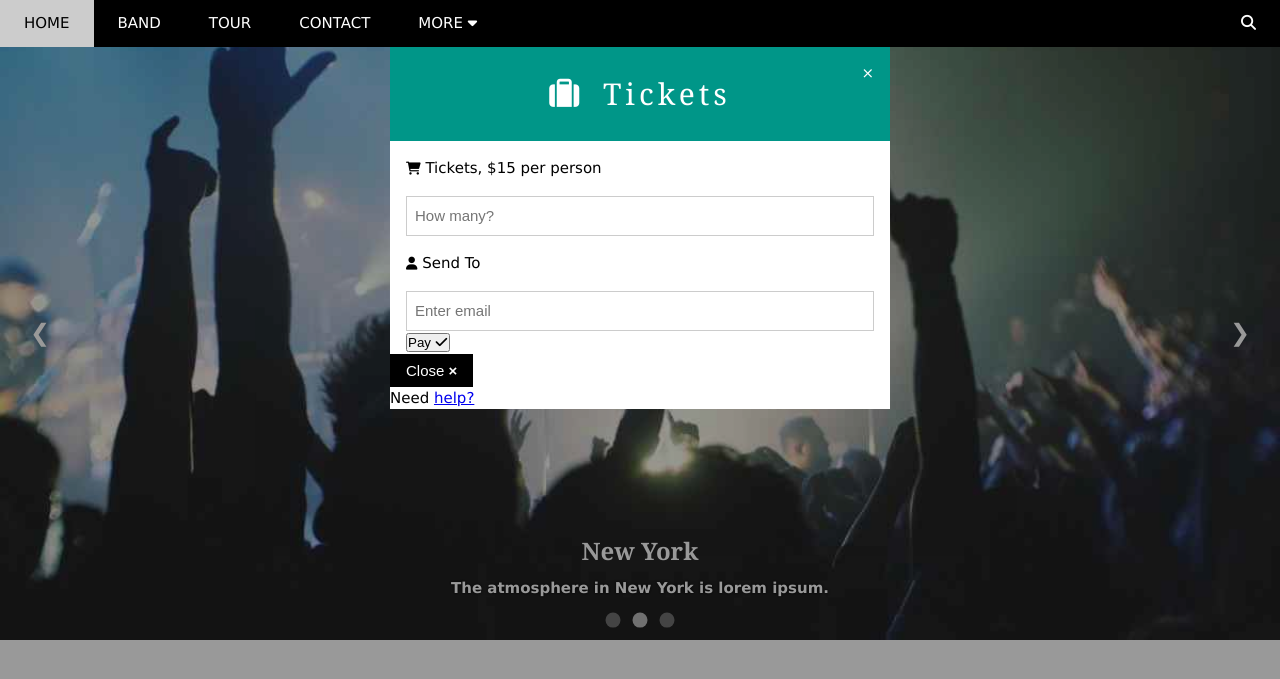
Repository: tam1512/The-Band
Page: index.html
These files come from the project's save history. The page is drawn as it stood at one moment and after the next save; the edit follows.
The browser window is 1280 px wide. The pictures show the window.
A layer covers the whole window, so only the first screen is drawn. Some web libraries are served in a nearby version.

Above is the page before, as saved 2022-07-24 10:29:44.

After the next save:
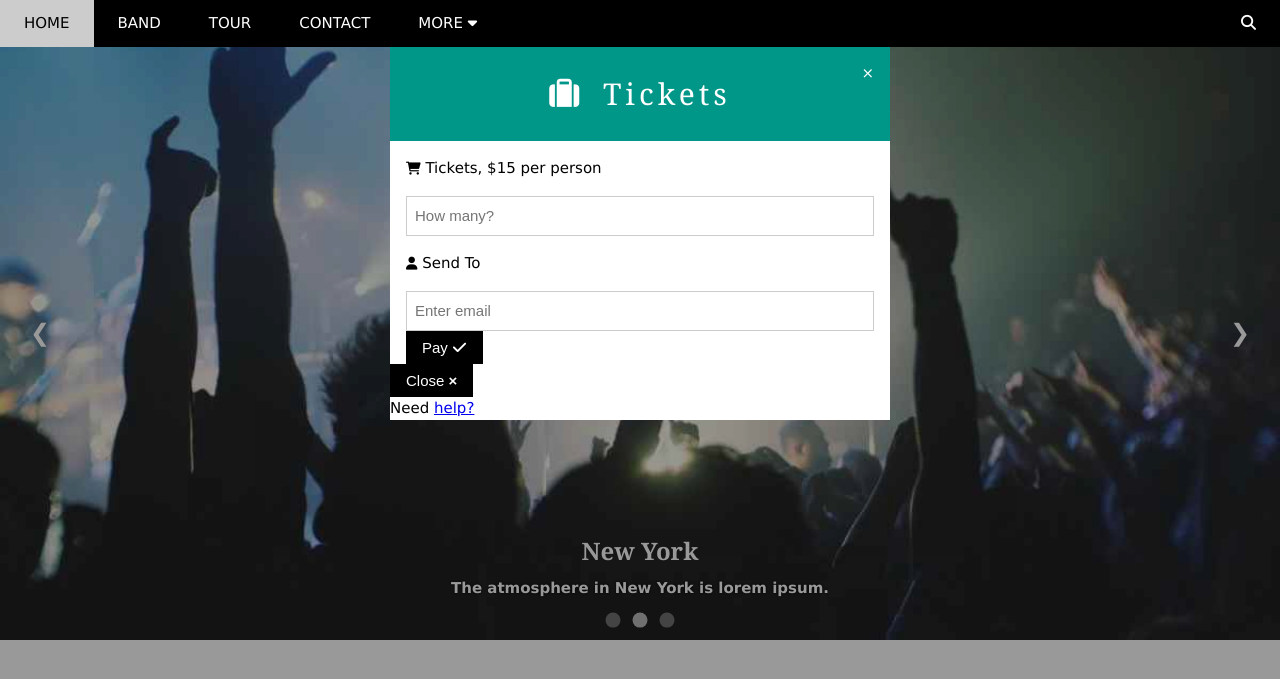
Saved 64 s later.
--- a/index.html
+++ b/index.html
@@ -176,7 +176,7 @@
            Send To
          </label>
          <input type="email" id="email" name="email" placeholder="Enter email">
-         <button class="big-btn">
+         <button class="big-btn btn">
            Pay
            <i class="fa-solid fa-check"></i>
          </button>
